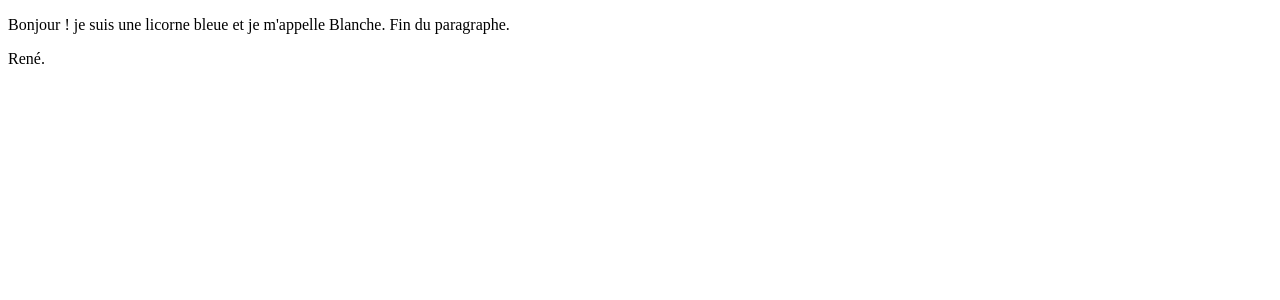
Repository: amelierevel/projetGitPRF
Page: index.html
An editor plug-in stored every save of this project. The page is shown before and after the next save, followed by the edit.
The browser window is 1280 px wide. The pictures show the whole page.

Above is the page before, as saved 2021-07-08 16:31:18.

### index.html
<!DOCTYPE html>
<html lang="fr">

<head>
    <meta charset="UTF-8">
    <meta http-equiv="X-UA-Compatible" content="IE=edge">
    <meta name="viewport" content="width=device-width, initial-scale=1.0">
    <link rel="stylesheet" href="assets/css/style.css">
    <title>Projet Git PRF</title>
</head>

<body>

    <p>
        Bonjour ! je suis une licorne bleue et je m'appelle Blanche. Fin du paragraphe.
    </p>
    <p>
        René.
    </p>
</body>

</html>

Loaded but not shown: assets/css/style.css (no stored copy; drawn as an empty file)

After the next save:
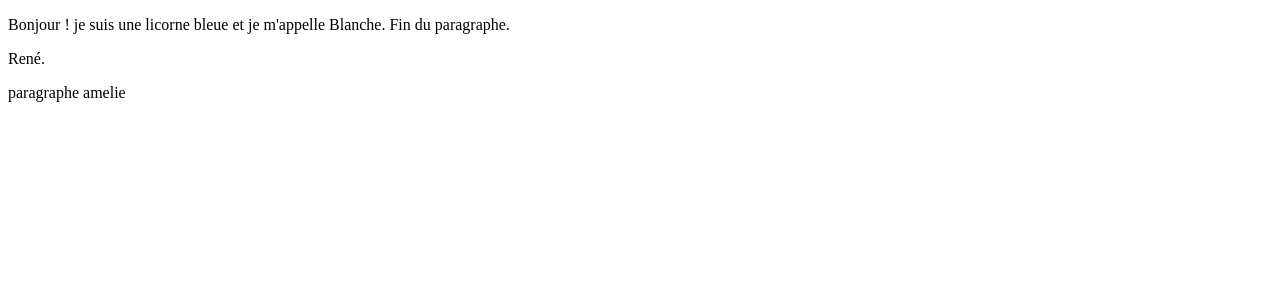
Saved 4 min 20 s later.
--- a/index.html
+++ b/index.html
@@ -17,6 +17,7 @@
     <p>
         René.
     </p>
+    <p>paragraphe amelie</p>
 </body>
 
 </html>
